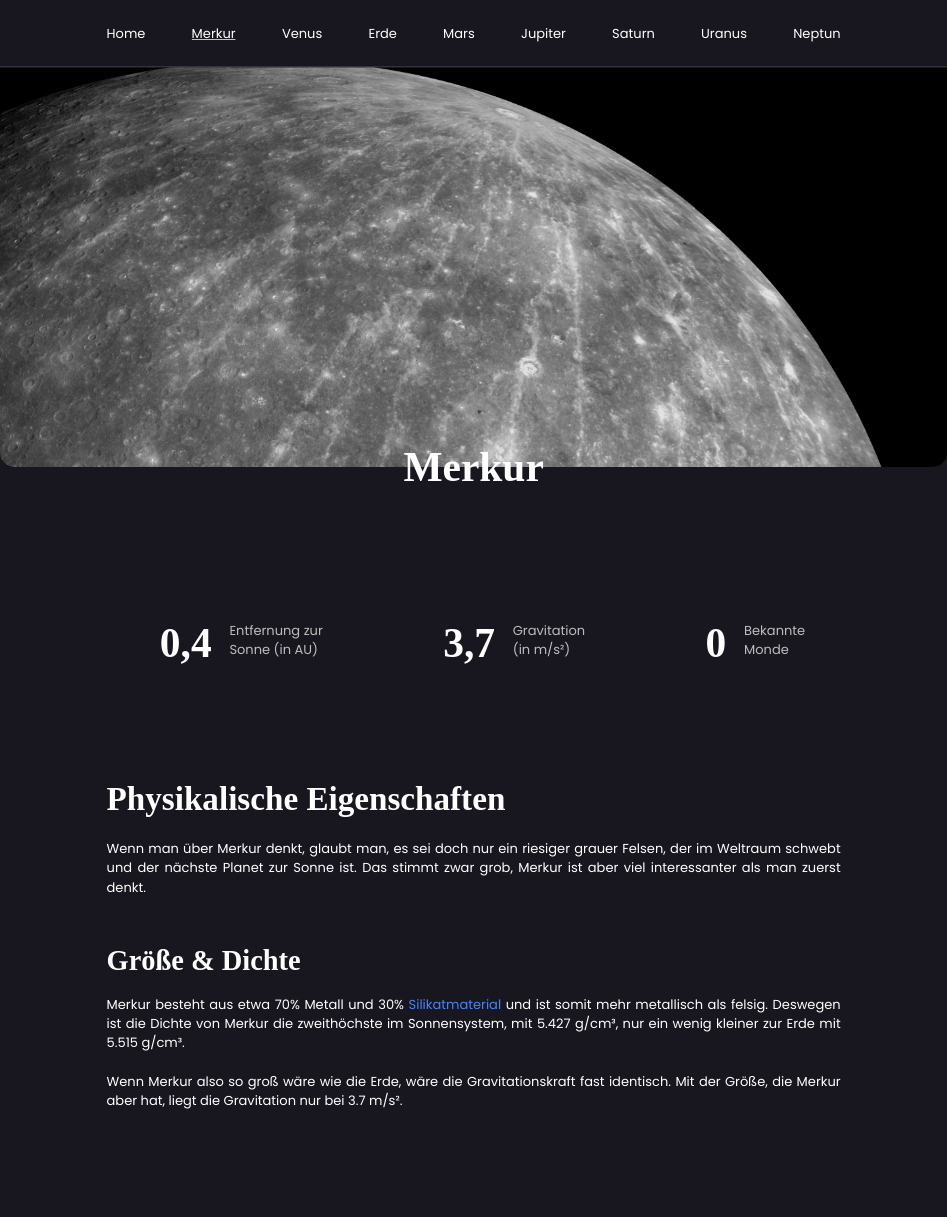
Repository: moreno-livak/solar
Page: dist/html/merkur.html
These files come from the project's save history. The page is drawn as it stood at one moment and after the next save; the edit follows.
The browser window is 1280 px wide. The pictures show the whole page, at 74% of full size.
The style sheet was rebuilt from its Sass, Less or Tailwind sources for each picture, by a compiler version that may differ from the author's.

Above is the page before, as saved 2022-05-07 13:06:53.
Console error: TypeError: Cannot read properties of null (reading 'querySelectorAll')

### dist/html/merkur.html
<!DOCTYPE html>
<html>
  <head>
    <!-- Poppins -->
    <link rel="preconnect" href="https://fonts.googleapis.com">
    <link rel="preconnect" href="https://fonts.gstatic.com" crossorigin>
    <link href="https://fonts.googleapis.com/css2?family=Poppins:ital,wght@0,300;0,400;0,500;0,600;0,700;1,300;1,400;1,500;1,600;1,700&display=swap" rel="stylesheet">
    <!-- Playfair Display -->
    <link rel="preconnect" href="https://fonts.googleapis.com">
    <link rel="preconnect" href="https://fonts.gstatic.com" crossorigin>
    <link href="https://fonts.googleapis.com/css2?family=Playfair+Display:wght@700&display=swap" rel="stylesheet">
    <!-- Erscheinungsbild -->
    <link rel="icon" href="../assets/merkur/Merkur_Icon.png">
    <title>Merkur</title>
    <link href="../css/home.css" rel="stylesheet">
  </head>

  <body>
    <nav>
      <ul class="second-nav">
          <li><a href="../index.html">Home</a></li>
          <div class="openMenu"><img class="burger" src="../assets/Menu-Icon.svg" alt="Menu"></div>
      </ul>
      <ul class="mainMenu">
          <li><a class="home" href="../index.html">Home</a></li>
          <li><a class="active margin" href="merkur.html">Merkur</a></li>
          <div class="menu-vl"></div>
          <li><a href="">Venus</a></li>
          <div class="menu-vl"></div>
          <li><a href="">Erde</a></li>
          <div class="menu-vl"></div>
          <li><a href="">Mars</a></li>
          <div class="menu-vl"></div>
          <li><a href="">Jupiter</a></li>
          <div class="menu-vl"></div>
          <li><a href="">Saturn</a></li>
          <div class="menu-vl"></div>
          <li><a href="">Uranus</a></li>
          <div class="menu-vl"></div>
          <li><a href="">Neptun</a></li>
          <div class="closeMenu"><img class="exit" src="../assets/Exit-Menu.svg" alt="Exit"></div>
      </ul>
  </nav>



  <section class="header">
    <div class="image-header"><img src="../assets/Merkur/Merkur-Header.png"></div>
    <h1>Merkur</h1>
  </section>



  <section class="quik-facts">
    <div class="quik-fact">
        <p class="number">0,4</p>
        <p>Entfernung zur<br>Sonne (in AU)</p>
    </div>
    <div class="quik-fact">
        <p class="number">3,7</p>
        <p>Gravitation<br>(in m/s²)</p>
    </div>
    <div class="quik-fact">
        <p class="number">0</p>
        <p>Bekannte<br>Monde</p>
    </div>
  </section>

  <section class="orbit">
    <h1>Physikalische Eigenschaften</h1>

    <p>Wenn man über Merkur denkt, glaubt man, es sei doch nur ein riesiger
      grauer Felsen, der im Weltraum schwebt und der nächste Planet zur Sonne ist.
      Das stimmt zwar grob, Merkur ist aber viel interessanter als man zuerst denkt.</p>

    <h2>Größe & Dichte</h2>

    <p>Merkur besteht aus etwa 70% Metall und 30%
      <span class="tooltip-light" id="tooltip" data-message="Verbindungen aus Silicium + Sauerstoff">
        Silikatmaterial </span>
      und ist somit mehr metallisch
      als felsig. Deswegen ist die Dichte von Merkur die zweithöchste im
      Sonnensystem, mit 5.427 g/cm³, nur ein wenig kleiner zur Erde mit 5.515 g/cm³.
      <br><br>
      Wenn Merkur also so groß wäre wie die Erde, wäre die Gravitationskraft fast
      identisch. Mit der Größe, die Merkur aber hat, liegt die Gravitation
      nur bei 3.7 m/s².
    </p>
  </section>






  <script src="../scripts/merkur.js"></script>
</body>
</html>

### src/scss/home.scss
/*Variablen*/

$left-margin: 9rem;
$base-font-size: 1.1rem;
$transition: .4s;
$main-title: 3.5rem;
$h1: 2.8rem;
$h2: 2.4rem;




/*Scrollbar*/

::-webkit-scrollbar{
    width: .7em;
} // Dicke

::-webkit-scrollbar-track{
    background-color: #242230;
} // Hintergrundfrabe

::-webkit-scrollbar-thumb{
    border-radius: 5px;
    background-color:#312f3f;
    &:hover{
        background-color: #383647;
    }
} // Thumb zum Scrollen




body {
    background: #18171F;
    margin: 0;
    font-family: 'Poppins';
    color: white;
    max-width: 100%;
    overflow-x: hidden;
}



/*Navigation*/

nav {
    border-bottom: 1px #5D5D5D solid;
    .second-nav{
        display: none;
    }

    .menu-vl{
        display: none;
    }

    .openMenu{
        display: none;
    }

    .closeMenu{
        display: none;
    }

    ul{
        margin: 2rem $left-margin 2rem $left-margin;
        display: flex;
        justify-content: space-between;
        li{
            list-style-type: none;
            margin-left: -2.5em;
            a{
                border: none;
                color: white;
                font-size: $base-font-size;
                font-weight: medium;
                text-decoration: none;
                display: inline-block;
                position: relative;
                clip-path: polygon(0 0, 100% 0, 100% 100%, 0% 100%);
                &:before, &:after {
                    position: absolute;
                    content: '';
                    border-bottom: 2px solid rgb(255, 255, 255);
                    border-radius: 0em;
                    bottom: .1em;
                    transition: transform .8s cubic-bezier(0.075, 0.82, 0.165, 1);
                }

               &:before {
                    width: 0.01em;
                    margin-left: -.1em;
                    transform-origin: left;
                }

                &:hover:before {
                    margin-left: 0em;
                    transform: scaleX(88);
                }
            }
            .active{
                text-decoration: underline;
                color: #ffffff;
                text-underline-offset: 0.14em;
            }
        }
    }
}





/*Header*/

header{
    justify-content: space-between;
    display: flex;
    .left{
        float:left;
        margin: 8rem 0 0 $left-margin;
        h1{
            font-family: 'Playfair+Display';
            font-size: $main-title;
            width: 10em;
        }
        p{
            font-size: $base-font-size;
            margin-right: 3rem;
        }
        .cta{
            display: flex;
            background: #242230;
            border-radius: 10px;
            margin-top: 2.5rem;
            width: 19.5rem;
            a{
                background: #FDB513;
                margin-right: 1em;
                padding: .5em 1em .5em 1em;
                border-radius: 8px;
                color: #18171F;
                font-weight: bold;
                font-size: $base-font-size;
                text-decoration: none;
                margin: .5em;
                transition: $transition;
            }
            a:hover{
                margin: 0;
                padding: 1em 1.5em 1em 1.5em;
                transition: $transition;
            }
            p{
                margin: auto 1rem auto 1rem;
                font-size: $base-font-size;
            }
        }
    }
    img{
        margin-top: 3em;
        float:right;
    }
}




/*Quikfacts*/

section.quik-facts{
    margin: 6rem 18rem 6rem 18rem;
    display: flex;
    flex-wrap: wrap;
    justify-content: space-between;
    .quik-fact{
        display: flex;
        margin: 0 2rem 0 2rem;
        p.number{
            font-family: 'Playfair';
            font-size: 3.5rem;
            font-weight: bold;
            color: #ffffff;
            margin: 1rem 1.5rem 0 1.5rem;
        }
        p{
            font-family: 'Poppins';
            color: #BDBDBD;
            font-size: $base-font-size;
        }
    }
}




/*Orbitale Ebene*/

section.orbit{
    margin: 9rem $left-margin 9rem $left-margin;
    h1{
        font-size: $h1;
        font-family: 'Playfair';
        font-weight: bold;
    }

    p{
        font-size: $base-font-size;
        text-align: justify;
        font-weight: 400;
        margin-bottom: 2rem;
        margin-top: -.5rem;
    }

    div.content{
        background: #242230;
        border-radius: 10px;
        display: flex;
        padding: .7rem 3rem .7rem .7rem;
        .vl{
            border-left: 3.5px solid #383647;
            margin: auto 2rem auto 2rem;
            height: 6rem;
            border-radius: 10px;
        }
        p{
          font-size: $base-font-size;
          text-align: justify;
          font-weight: 400;
          margin: auto 0 auto 0;
        }
    }

    h2{
        font-size: $h2;
        font-family: 'Playfair';
        font-weight: bold;
        margin-top: 4rem;
    }

    .tooltip-dark{
        color: #4884F6;
        cursor: pointer;
        position: relative;
        .tip{
            visibility: hidden;
            width: 200px;
            background-color: #18171F;
            color: #fff;
            text-align: center;
            border-radius: 10px;
            padding: 10px 5px 10px 5px;
            position: absolute;
            display: inline-block;
            bottom: 120%;
            left: 50%;
            margin-left: -110px;
            opacity: 0;
            transition: opacity 0.3s;
            z-index: 1000;
        }
        .tip.active{
            visibility: visible;
            opacity: 1;
        }
    }
    .tooltip-light{
        color: #4884F6;
        cursor: pointer;
        position: relative;
        .tip{
            visibility: hidden;
            width: 245px;
            background-color: #242230;
            color: #fff;
            text-align: center;
            border-radius: 10px;
            padding: 10px 5px 10px 5px;
            position: absolute;
            display: inline-block;
            bottom: 120%;
            left: 50%;
            margin-left: -125px;
            opacity: 0;
            transition: opacity 0.3s;
            z-index: 1000;
        }
        .tip.active{
        visibility: visible;
        opacity: 1;
        }
    }




    /*Tabs*/

    .struggle{
        margin-top: 2rem;
        background: #242230;
        width: 23.9rem;
        border-radius: 10px;
        ul{
            display: flex;
            padding: 0.7rem;
        }
    }
    .tabs .trigger{
        list-style-type: none;
        padding: 10px;
        background: #242230;
        border-radius: 6px;
        display: inline-block;
        padding: 10px 20px;
        cursor: pointer;
    }
    .tabs .trigger.active{
        background: #18171F;
        color: white;
    }
    .tabs .content{
        background: #242230;
        display: none;
    }
    .tabs .content.active{
        display: flex;
        margin-top: 1.5rem;
    }


    .link{
        color: #4884F6;
        text-decoration: none;
    }


    //Trigger
    .dropdown .trigger{
        border: 1px solid #242230;
        border-radius: 10px;
        background: #242230;
        font-size: $base-font-size;
        position: relative;
        cursor: pointer;
        margin: 2rem 0 1em 0;
        padding: 1.5rem;
    }
    .dropdown .trigger.active{
        border: 1px solid #242230;
        border-radius: 10px 10px 0 0;
        background: #242230;
        margin: 2rem 0 0em 0;
    }

    // Symbol
    .dropdown .trigger::after{
        content: ">";
        font-family: 'Arial';
        font-size: large;
        background: #312f3f;
        border-radius: 50%;
        padding: .5rem 2rem .5rem 2rem;
        margin: -.4rem -1.5rem 0rem 0rem;
        right: 1.5rem;
        display: inline-block;
        position: absolute;
        transform: rotate(90deg) scale(0.5, 1);
        font-weight: bold;
        transition: transform 0.3s;
        font-size: 1.2rem;
        font-weight: 400;
    }
    .dropdown .trigger.active::after{
        transform: rotate(-90deg) scale(0.5, 1);
    }

    // Content
    .dropdown .content{
        display: none;
    }
    .dropdown .content.active{
        display: block;
        border: 2px solid #242230;
        background: #18171F;
        font-size: $base-font-size;
        border-radius: 0 0 10px 10px;
        padding: 1.5rem 1.5rem 1.5rem 1.5rem;
        margin-top: -1px;
    }
}



/*Planeten Erkunden*/

.more{
    margin: 3rem $left-margin 4rem $left-margin;
    h1{
        font-size: $h1;
        font-family: 'Playfair';
        font-weight: bold;
    }
    .planets{
        display: grid;
        grid-template-columns: repeat(8, 1fr);
        column-gap: 1.5rem;
        .planet{
            display: grid;
            grid-template-rows: repeat(2, 1fr);
            grid-template-rows: 3rem 4rem;
            place-items: center;
            background: #242230;
            border-radius: 10px;
            text-align: center;
            bottom: 0;
            padding: 1rem 2rem 1rem 2rem;
            text-decoration: none;
            color: #ffffff;
            p{
                margin: 1rem 0 0rem 0;
            }
            img{
                margin: 2rem 0 1rem 0;
                transition: $transition;
            }
        }
        .planet:hover{
            img{
                margin: 1.5rem 0 1.5rem 0;
                transform: rotate(180deg);
                transition: $transition;
            }
        }
    }
}




/*Footer*/
footer{
    margin: $left-margin 0 3rem 0;
    display: flex;
    justify-content: space-around;
    border-top: 1px #5D5D5D solid;
    div{
        margin: 3rem 4rem 0 4rem;
        a{
            margin: 0 2rem 0 2rem;
            text-decoration: none;
            color: #BDBDBD;
            font-size: $base-font-size;
            display: inline-block;
            border: none;
            position: relative;
            clip-path: polygon(0 0, 100% 0, 100% 100%, 0% 100%);
            &:before, &:after {
                position: absolute;
                content: '';
                border-bottom: 2px solid #BDBDBD;
                border-radius: 0em;
                bottom: .1em;
                transition: transform .8s cubic-bezier(0.075, 0.82, 0.165, 1);
            }

           &:before {
                width: 0.01em;
                margin-left: -.1em;
                transform-origin: left;
            }

            &:hover:before {
                margin-left: 0em;
                transform: scaleX(124);
            }
        }
    }
}


/*Other Pages*/
div.sketchfab-embed-wrapper{
    display: grid;
    place-content: center;
    iframe{
        border-radius: 10px;
        width: 77rem;
        margin: 1rem auto 1rem auto;
    }
  }

  .mercury-gif{
    transform: rotate(90deg);
    border-radius: 8px;
    margin-left: 8rem;
  }

  .video{
    border-radius: 8px;
    margin-left: 8rem;
    height: 15rem;
  }

  .header{
    display: grid;
    place-items: center;
    .image-header{
        height: 75vh;
        width: 100%;
        overflow: hidden;
        border-radius: 0 0 20px 20px;
        img{
            width: 100%;
        }
    }
    h1{
        font-size: $main-title;
        font-family: 'Playfair-Display';
        margin-top: -2rem;
    }
  }

/*Media Queries*/
@import 'home-mq';

Loaded but not shown: src/merkur.js (110 lines, source omitted); src/scss/_home-mq.scss (869 lines, source omitted)

After the next save:
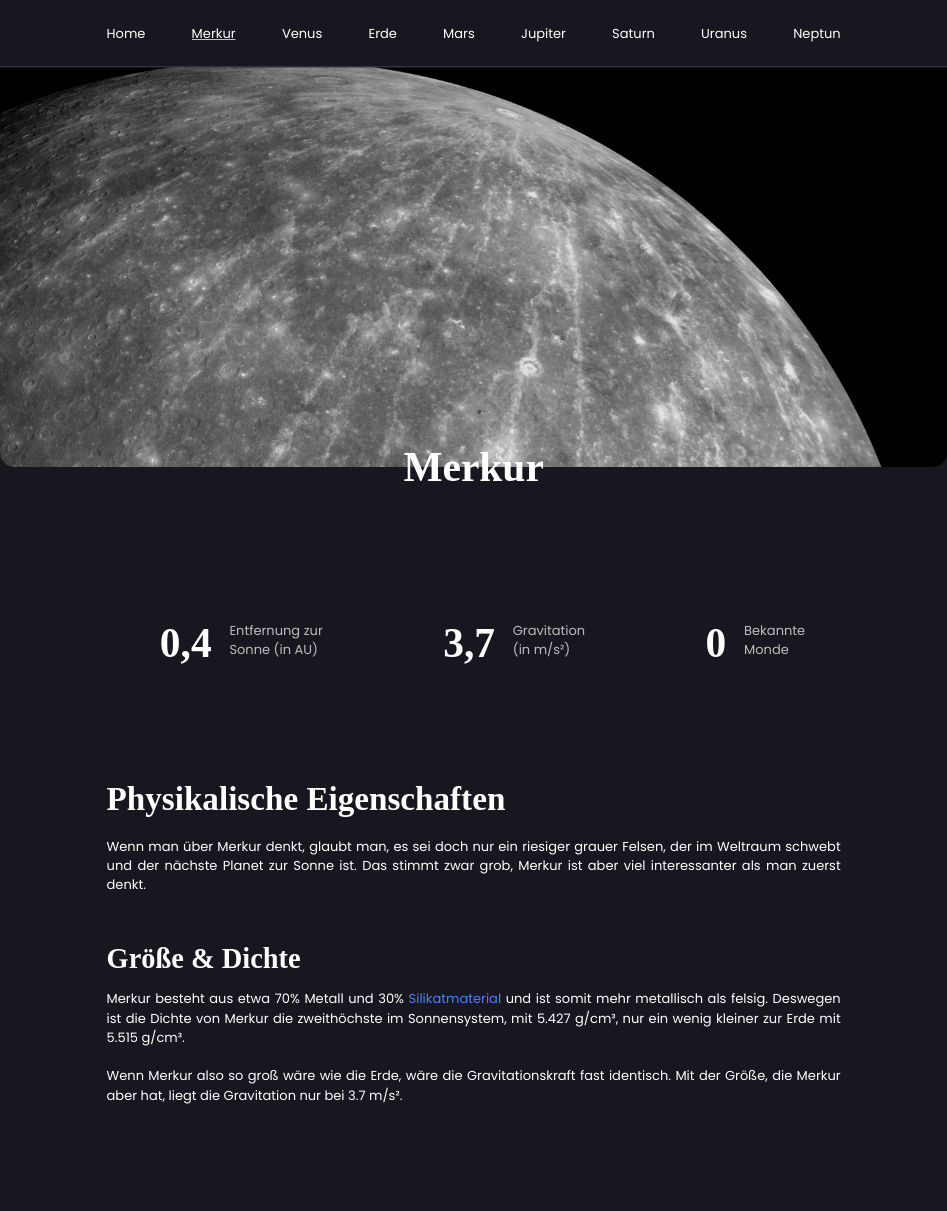
Saved 10 s later.
--- a/src/scss/home.scss
+++ b/src/scss/home.scss
@@ -209,7 +209,7 @@ section.orbit{
         text-align: justify;
         font-weight: 400;
         margin-bottom: 2rem;
-        margin-top: -.5rem;
+        margin-top: -.7rem;
     }
 
     div.content{
